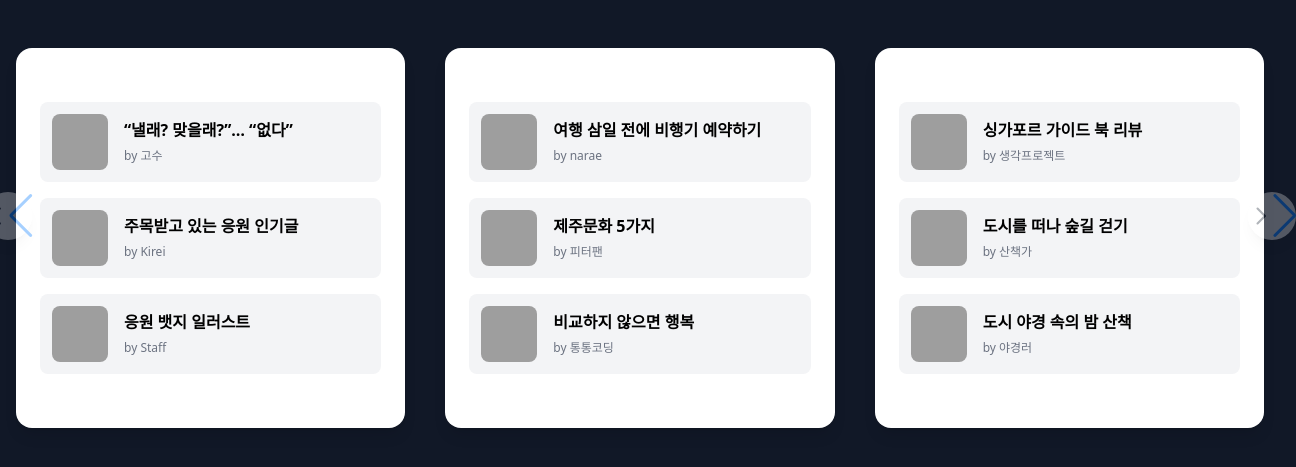
Repository: hyerim1234/travelblog
Page: html/slide2.html
These files come from the project's save history. The page is drawn as it stood at one moment and after the next save; the edit follows.
The browser window is 1280 px wide. The page is 1296 px wide, so the pictures cover 1296 px, including what lies to the right of the window. The pictures show the whole page.
Pictures or frames that could not be fetched are drawn as grey boxes. Some web libraries are served in a nearby version.

Above is the page before, as saved 2025-06-05 11:36:41.

After the next save:
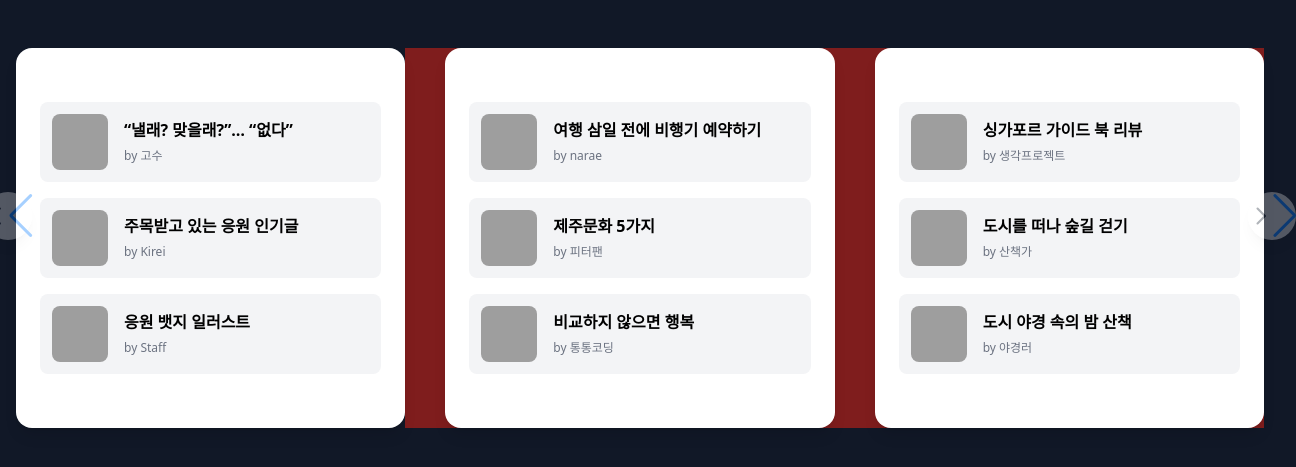
Saved 4 s later.
--- a/html/slide2.html
+++ b/html/slide2.html
@@ -45,7 +45,7 @@
 
         <!-- Swiper: 슬라이드 박스 3개 한 화면에 보이게 -->
         <div class="swiper-container">
-          <div class="swiper-wrapper ">
+          <div class="swiper-wrapper bg-red-900">
             <!-- 슬라이드 박스 1 -->
             <div class="swiper-slide flex justify-center !bg-gray-900">
               <div class="bg-white rounded-2xl shadow-lg w-[400px] h-[380px] flex flex-col justify-center gap-4 p-6">

After the 2 saves that followed:
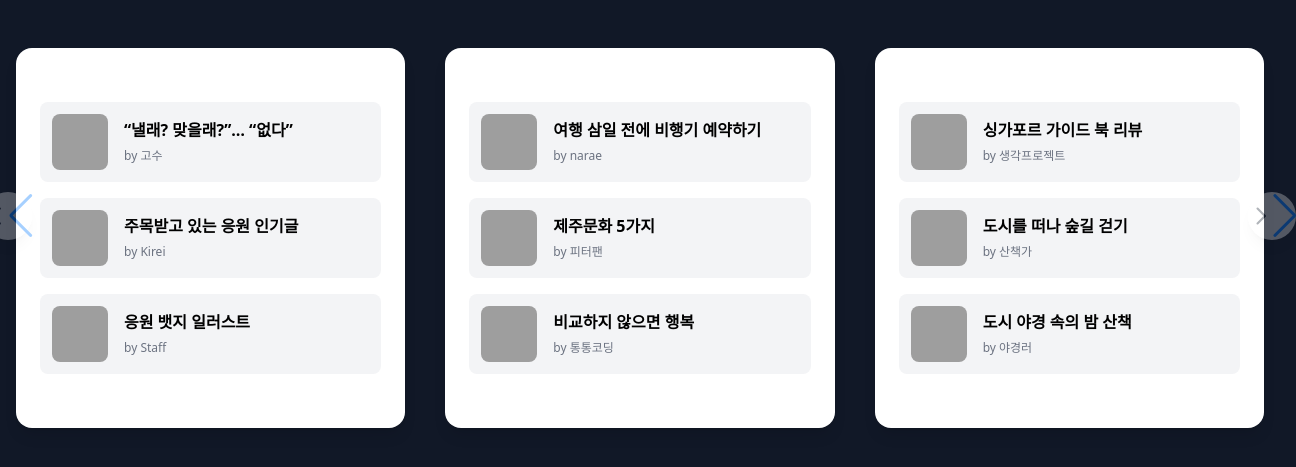
The 2 saves are shown as one change because they came seconds apart.
The last was saved 16 s later.
--- a/html/slide2.html
+++ b/html/slide2.html
@@ -45,9 +45,9 @@
 
         <!-- Swiper: 슬라이드 박스 3개 한 화면에 보이게 -->
         <div class="swiper-container">
-          <div class="swiper-wrapper bg-red-900">
+          <div class="swiper-wrapper">
             <!-- 슬라이드 박스 1 -->
-            <div class="swiper-slide flex justify-center !bg-gray-900">
+            <div class="swiper-slide flex justify-center bg-gray-900">
               <div class="bg-white rounded-2xl shadow-lg w-[400px] h-[380px] flex flex-col justify-center gap-4 p-6">
                 <!-- 카드 1 -->
                 <div class="flex items-center gap-4 bg-gray-100 rounded-lg p-3">
